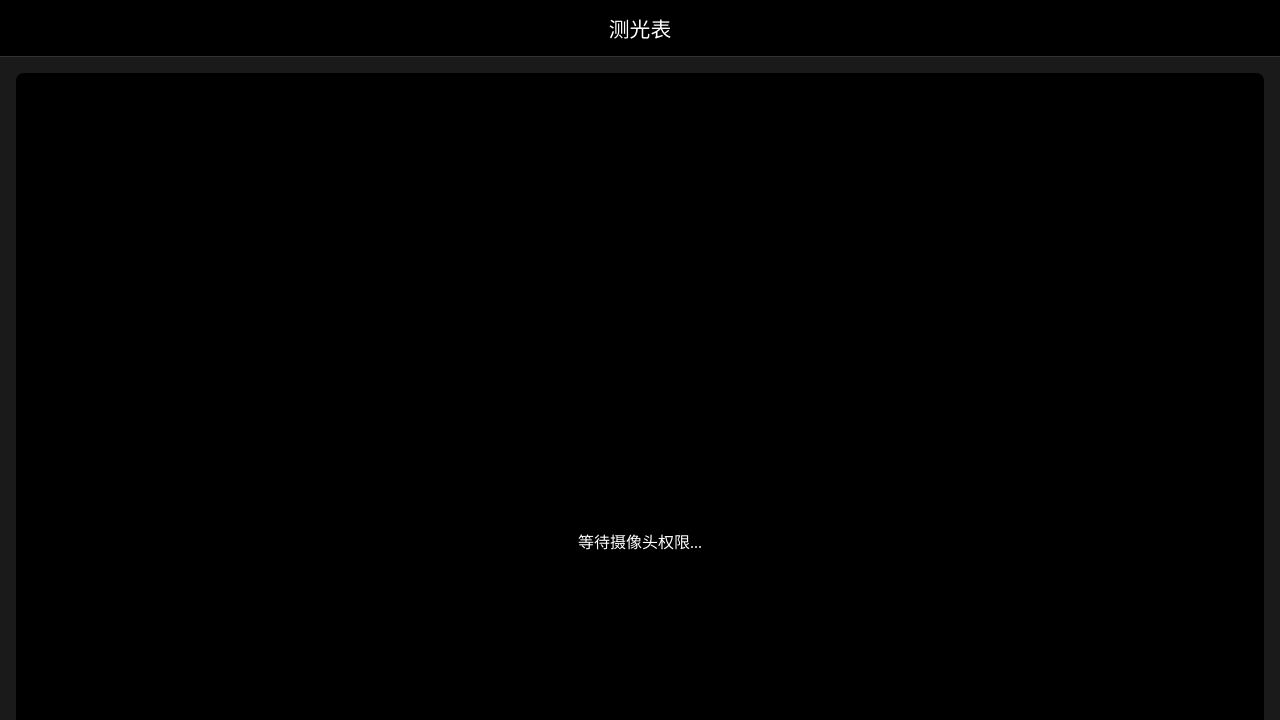
Repository: Gaays/light-meter
Page: /
An editor plug-in stored every save of this project. The page is shown before and after the next save, followed by the edit.
The browser window is 1280 px wide. The pictures show the whole page.
The page's requests for data from a server got no answer. An inner scrolling area shows only its first screen. The project was rebuilt for these pictures with package versions that can differ from the ones it lists, and the page was loaded fresh each time. No one was signed in, and anything a server would have sent is missing. Also part of the build but not shown: vite.config.ts.

Above is the page before, as saved 2025-03-06 08:52:18.

After the next save:
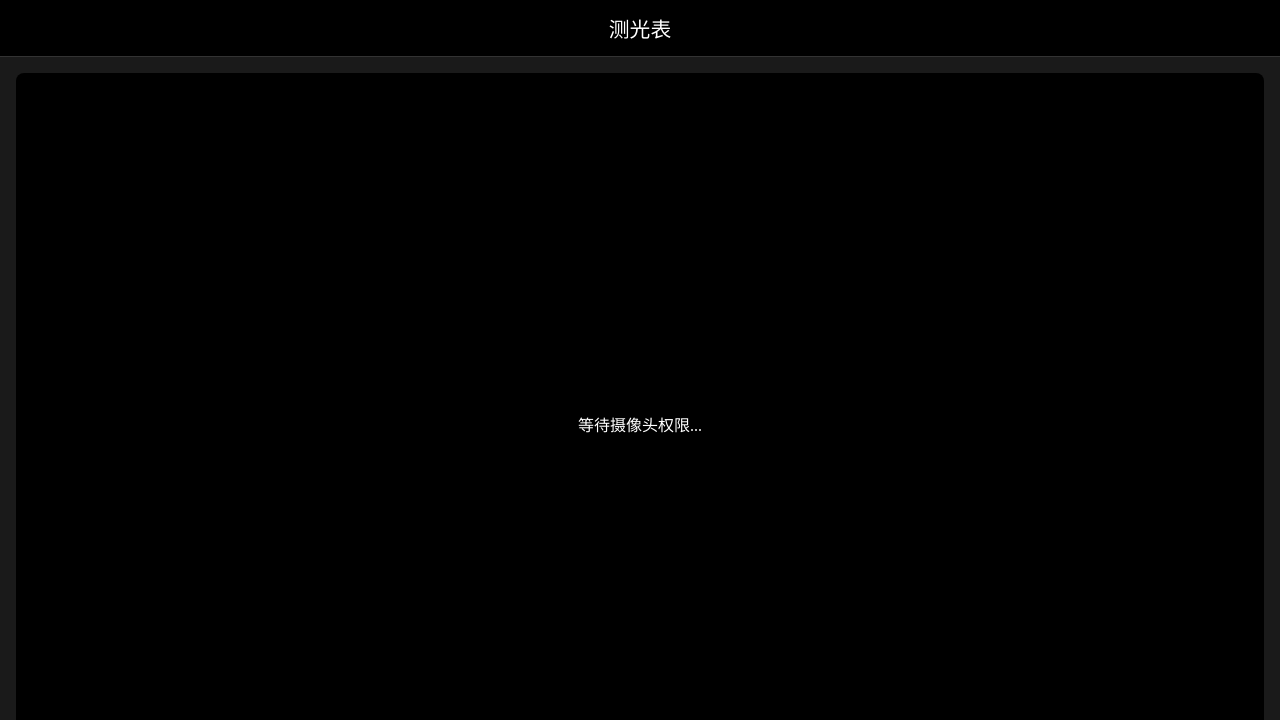
Saved 34 s later.
--- a/src/views/LightMeterView.vue
+++ b/src/views/LightMeterView.vue
@@ -423,7 +423,7 @@ onUnmounted(() => {
 
 .preview {
   width: 100%;
-  aspect-ratio: 4/3;
+  aspect-ratio: 16/9;
   background: #000;
   border-radius: 8px;
   position: relative;
